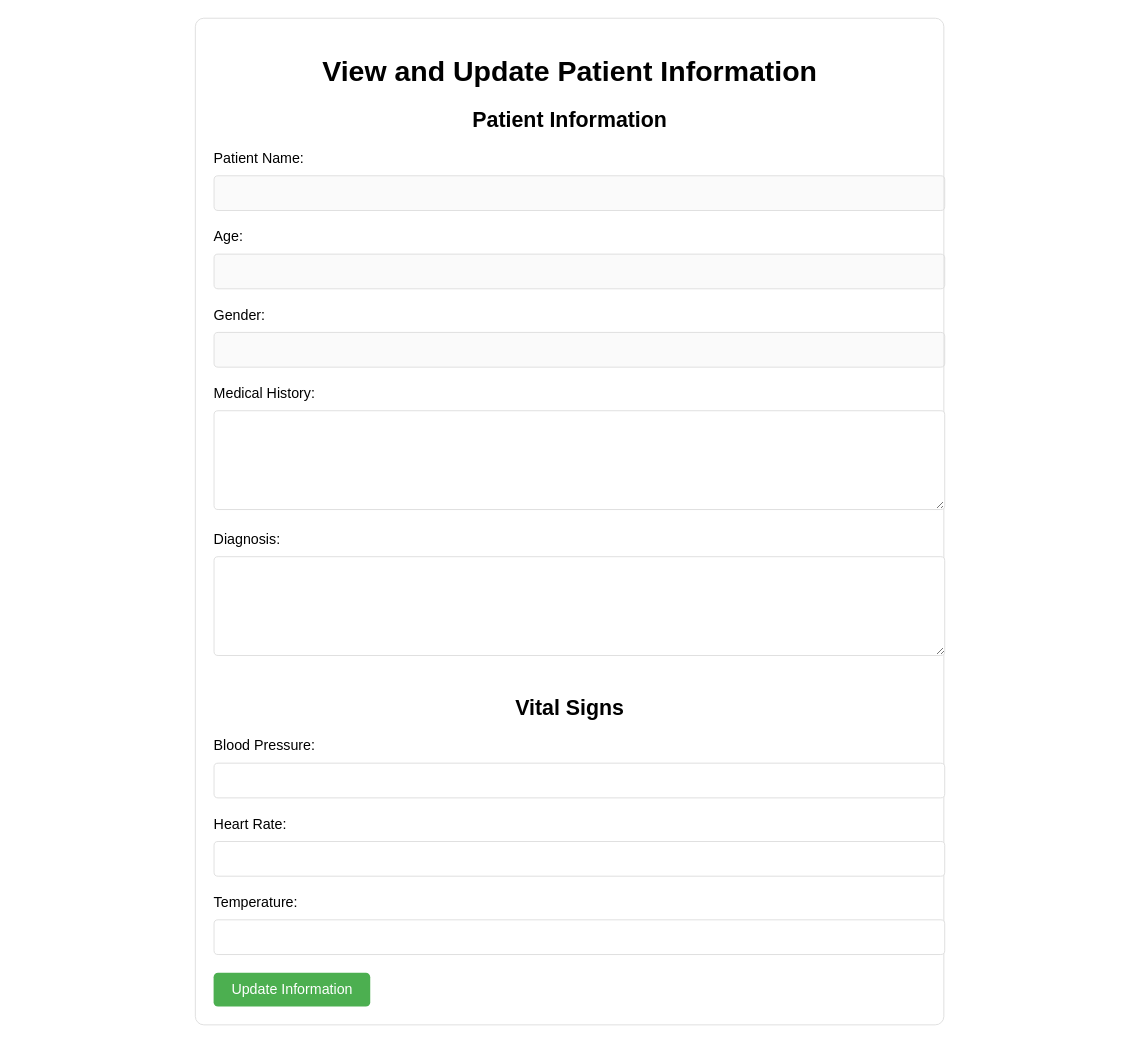
Repository: jaytriggz/Hospital-Management-System
Page: public/view_update_patient_info.html
An editor plug-in stored every save of this project. The page is shown before and after the next save, followed by the edit.
The browser window is 1280 px wide. The pictures show the whole page, at 89% of full size.
The page's requests for data from a server got no answer.

Above is the page before, as saved 2024-07-15 20:29:44.

### public/view_update_patient_info.html
<!DOCTYPE html>
<html lang="en">
<head>
    <meta charset="UTF-8">
    <title>View and Update Patient Information</title>
    <style>
        body {
            font-family: Arial, sans-serif;
            margin: 20px;
        }
        .container {
            max-width: 800px;
            margin: 0 auto;
            padding: 20px;
            border: 1px solid #ddd;
            border-radius: 10px;
        }
        h1, h2 {
            text-align: center;
        }
        label {
            display: block;
            margin-bottom: 10px;
        }
        input[type="text"], textarea {
            width: 100%;
            padding: 10px;
            margin-bottom: 20px;
            border: 1px solid #ddd;
            border-radius: 5px;
            font-size: 16px;
        }
        button {
            padding: 10px 20px;
            background-color: #4CAF50;
            color: white;
            border: none;
            border-radius: 5px;
            cursor: pointer;
            font-size: 16px;
        }
        button:hover {
            background-color: #45a049;
        }
    </style>
</head>
<body>
    <div class="container">
        <h1>View and Update Patient Information</h1>

        <!-- Patient Information Section -->
        <h2>Patient Information</h2>
        <form id="patientInfoForm">
            <label for="patientName">Patient Name:</label>
            <input type="text" id="patientName" name="patientName" disabled><br>

            <label for="age">Age:</label>
            <input type="text" id="age" name="age" disabled><br>

            <label for="gender">Gender:</label>
            <input type="text" id="gender" name="gender" disabled><br>

            <label for="history">Medical History:</label>
            <textarea id="history" name="history" rows="5"></textarea><br>

            <label for="diagnosis">Diagnosis:</label>
            <textarea id="diagnosis" name="diagnosis" rows="5"></textarea><br>

            <h2>Vital Signs</h2>
            <label for="bloodPressure">Blood Pressure:</label>
            <input type="text" id="bloodPressure" name="bloodPressure"><br>

            <label for="heartRate">Heart Rate:</label>
            <input type="text" id="heartRate" name="heartRate"><br>

            <label for="temperature">Temperature:</label>
            <input type="text" id="temperature" name="temperature"><br>

            <button type="submit">Update Information</button>
        </form>
    </div>

    <script>
        const patientId = '668a003ffdb0e7bb34f72cb0';

        document.addEventListener('DOMContentLoaded', function() {
            fetch(`/api/patients/${patientId}`)
                .then(response => response.json())
                .then(patient => {
                    document.getElementById('patientName').value = patient.name;
                    document.getElementById('age').value = patient.age;
                    document.getElementById('gender').value = patient.gender;
                    document.getElementById('history').value = patient.medicalHistory;
                    document.getElementById('diagnosis').value = patient.diagnosis;
                    document.getElementById('bloodPressure').value = patient.vitalSigns.bloodPressure;
                    document.getElementById('heartRate').value = patient.vitalSigns.heartRate;
                    document.getElementById('temperature').value = patient.vitalSigns.temperature;
                })
                .catch(error => {
                    console.error('Error:', error);
                });
        });

        document.getElementById('patientInfoForm').addEventListener('submit', function(event) {
            event.preventDefault();

            const updatedData = {
                medicalHistory: document.getElementById('history').value,
                diagnosis: document.getElementById('diagnosis').value,
                vitalSigns: {
                    bloodPressure: document.getElementById('bloodPressure').value,
                    heartRate: document.getElementById('heartRate').value,
                    temperature: document.getElementById('temperature').value
                }
            };

            fetch(`/api/patients/${patientId}`, {
                method: 'PUT',
                headers: {
                    'Content-Type': 'application/json'
                },
                body: JSON.stringify(updatedData)
            })
            .then(response => response.json())
            .then(data => {
                alert('Patient information updated successfully!');
            })
            .catch(error => {
                console.error('Error:', error);
            });
        });
    </script>
</body>
</html>

After the next save:
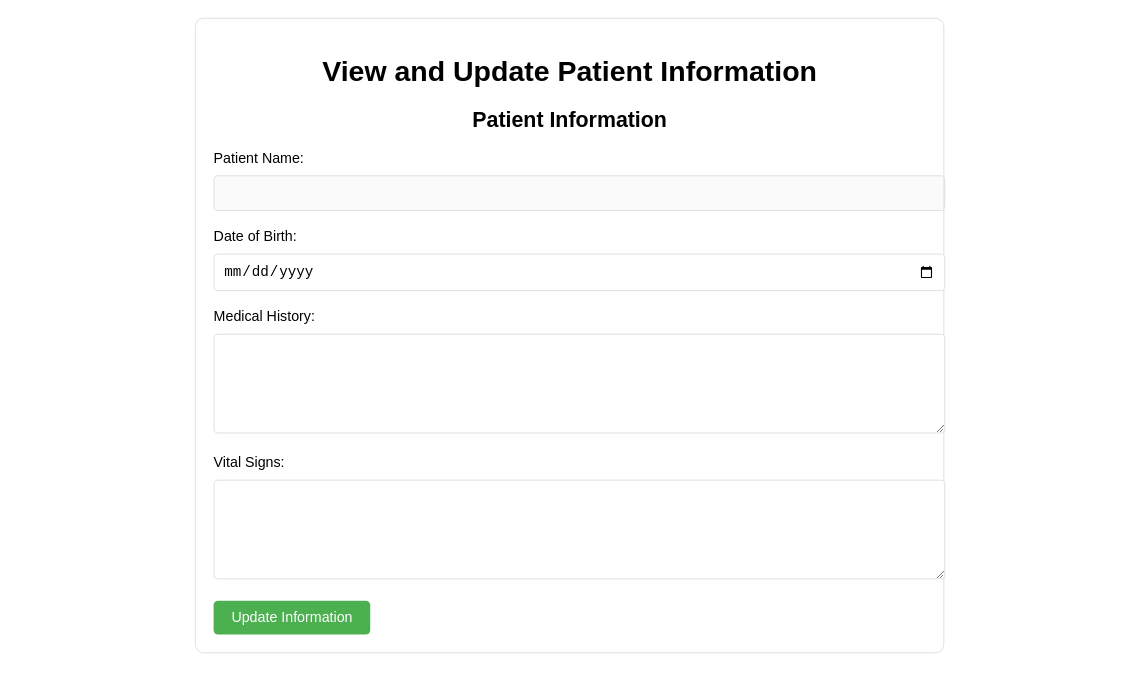
Saved 15 min 51 s later.
--- a/public/view_update_patient_info.html
+++ b/public/view_update_patient_info.html
@@ -22,7 +22,7 @@
             display: block;
             margin-bottom: 10px;
         }
-        input[type="text"], textarea {
+        input[type="text"], input[type="date"], textarea {
             width: 100%;
             padding: 10px;
             margin-bottom: 20px;
@@ -48,33 +48,19 @@
     <div class="container">
         <h1>View and Update Patient Information</h1>
 
-        <!-- Patient Information Section -->
         <h2>Patient Information</h2>
         <form id="patientInfoForm">
             <label for="patientName">Patient Name:</label>
             <input type="text" id="patientName" name="patientName" disabled><br>
 
-            <label for="age">Age:</label>
-            <input type="text" id="age" name="age" disabled><br>
-
-            <label for="gender">Gender:</label>
-            <input type="text" id="gender" name="gender" disabled><br>
+            <label for="dob">Date of Birth:</label>
+            <input type="date" id="dob" name="dob"><br>
 
             <label for="history">Medical History:</label>
             <textarea id="history" name="history" rows="5"></textarea><br>
 
-            <label for="diagnosis">Diagnosis:</label>
-            <textarea id="diagnosis" name="diagnosis" rows="5"></textarea><br>
-
-            <h2>Vital Signs</h2>
-            <label for="bloodPressure">Blood Pressure:</label>
-            <input type="text" id="bloodPressure" name="bloodPressure"><br>
-
-            <label for="heartRate">Heart Rate:</label>
-            <input type="text" id="heartRate" name="heartRate"><br>
-
-            <label for="temperature">Temperature:</label>
-            <input type="text" id="temperature" name="temperature"><br>
+            <label for="vitalSigns">Vital Signs:</label>
+            <textarea id="vitalSigns" name="vitalSigns" rows="5"></textarea><br>
 
             <button type="submit">Update Information</button>
         </form>
@@ -88,13 +74,9 @@
                 .then(response => response.json())
                 .then(patient => {
                     document.getElementById('patientName').value = patient.name;
-                    document.getElementById('age').value = patient.age;
-                    document.getElementById('gender').value = patient.gender;
+                    document.getElementById('dob').value = patient.dateOfBirth ? new Date(patient.dateOfBirth).toISOString().split('T')[0] : ''; // Format to YYYY-MM-DD
                     document.getElementById('history').value = patient.medicalHistory;
-                    document.getElementById('diagnosis').value = patient.diagnosis;
-                    document.getElementById('bloodPressure').value = patient.vitalSigns.bloodPressure;
-                    document.getElementById('heartRate').value = patient.vitalSigns.heartRate;
-                    document.getElementById('temperature').value = patient.vitalSigns.temperature;
+                    document.getElementById('vitalSigns').value = patient.vitalSigns; // assuming it's a string
                 })
                 .catch(error => {
                     console.error('Error:', error);
@@ -105,13 +87,9 @@
             event.preventDefault();
 
             const updatedData = {
+                dateOfBirth: document.getElementById('dob').value,
                 medicalHistory: document.getElementById('history').value,
-                diagnosis: document.getElementById('diagnosis').value,
-                vitalSigns: {
-                    bloodPressure: document.getElementById('bloodPressure').value,
-                    heartRate: document.getElementById('heartRate').value,
-                    temperature: document.getElementById('temperature').value
-                }
+                vitalSigns: document.getElementById('vitalSigns').value // assuming it's a string
             };
 
             fetch(`/api/patients/${patientId}`, {
